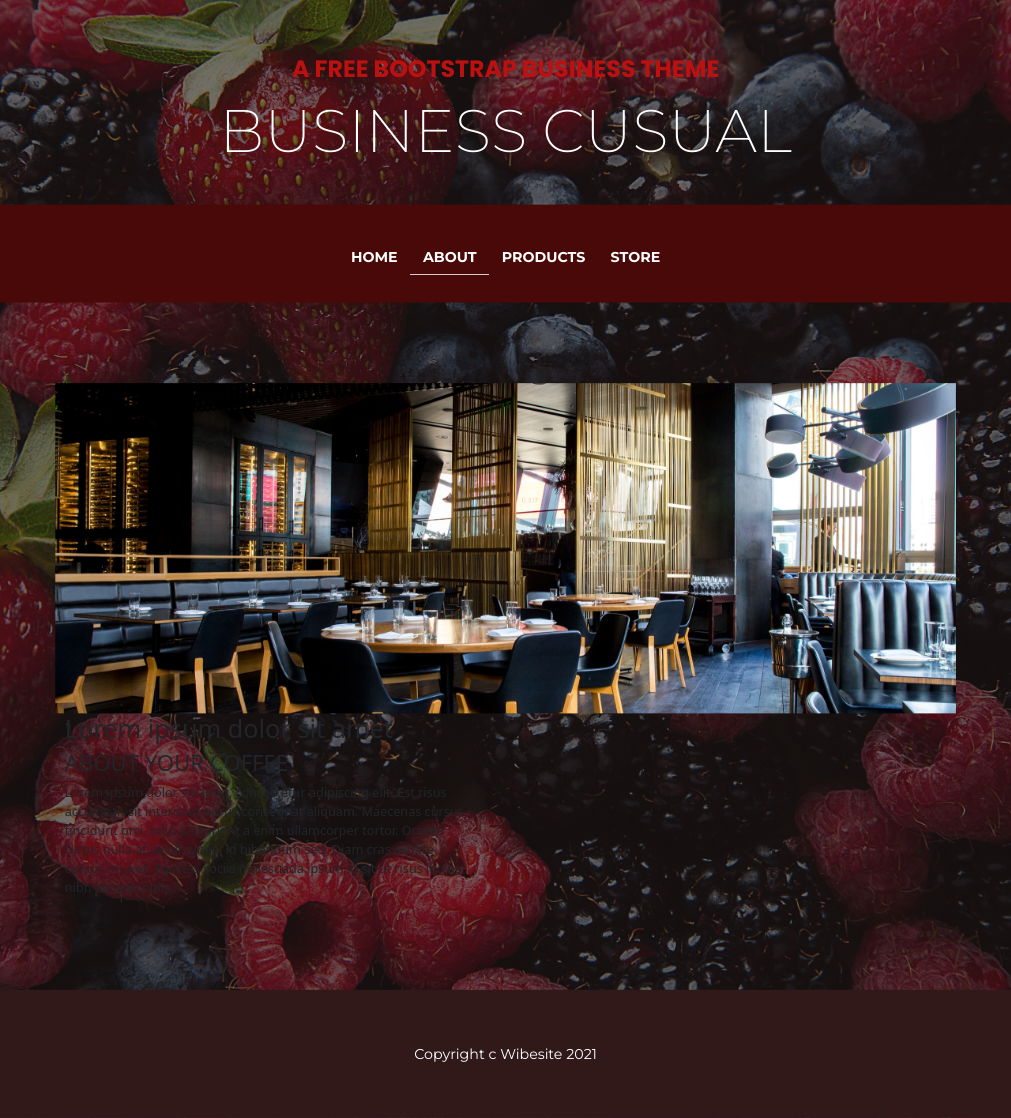
Repository: wadelfadill/tache_7_Business_bootstrap_theme
Page: about.html
The author's editor kept a copy of each file at every save. The page is drawn from the files as they stood at one save, then again after the next save.
The browser window is 1280 px wide. The pictures show the whole page, at 79% of full size.

Above is the page before, as saved 2023-04-28 09:39:11.

### about.html
<!DOCTYPE html>
<html lang="en">
<head>
    <meta charset="UTF-8">
    <meta http-equiv="X-UA-Compatible" content="IE=edge">
    <meta name="viewport" content="width=device-width, initial-scale=1.0">
    <!------ title of website ------>
    <title>Business website</title>
    <!------ Bootstrap cdn link ------>
    <link href="https://cdn.jsdelivr.net/npm/bootstrap@5.1.3/dist/css/bootstrap.min.css" rel="stylesheet" integrity="sha384-1BmE4kWBq78iYhFldvKuhfTAU6auU8tT94WrHftjDbrCEXSU1oBoqyl2QvZ6jIW3" crossorigin="anonymous">
    <!------- css link -------------->
    <link rel="stylesheet" href="css/style.css">
    <link rel="stylesheet" href="css/about_style.css">
    <!---------Google Fonts links ---------->
    <link rel="preconnect" href="https://fonts.googleapis.com">
    <link rel="preconnect" href="https://fonts.gstatic.com" crossorigin>
    <link href="https://fonts.googleapis.com/css2?family=Montserrat:wght@100;200;400;700&family=Poppins:wght@700&display=swap" rel="stylesheet">

</head>
<body>
    <!-- ========== Start Header Section ========== -->
    <header id="header">
        <h2 class="first_title text-center">A FREE BOOTSTRAP BUSINESS THEME</h2>
        <h1 class="second_title text-center">BUSINESS CUSUAL</h1>
        <!-- ========== Start navbar  Section ========== -->
        <nav class="my-auto mt-5">
            <div class="container my-auto">
                <ul class="nav justify-content-center">
                    <li class="nav-item">
                      <a class="nav-link" aria-current="page" href="index.html">HOME</a>
                    </li>
                    <li class="nav-item">
                      <a class="nav-link active" href="about.html">ABOUT</a>
                    </li>
                    <li class="nav-item">
                      <a class="nav-link" href="product.html">PRODUCTS</a>
                    </li>
                    <li class="nav-item">
                      <a class="nav-link" href="store.html">STORE</a>
                    </li>
                </ul>
            </div>
        </nav>
        <!-- ========== End navbar  Section ========== -->
    </header>
    <!-- ========== End Header Section ========== -->
    <!-- ========== Start Main Section ========== -->
    <main>
      <section id="section">
        <div class="container">
          <div class="row d-flex flex-column">
            <div class="col-12 photo">

            </div>
            <div class="col-12 box">
              <h2 class="text-start">Lorem ipsum dolor sit amet</h2>
              <h3 class="text-start">ABOUT YOUR COFFEE</h3>
              <p>
                Lorem ipsum dolor sit amet, consectetur adipiscing elit.
                Est risus <br> accumsan sit interdum purus consequat aliquam.
                Maecenas cursus<br> tincidunt orci, odio parturient a enim ullamcorper tortor.
                Ornare <br>turpis nulla at iaculis vitae, id bibendum sed. Diam cras ornare<br>  cursus mi a et.
                Egestas sociis malesuada ipsum id sit ut risus lectus <br> nibh aenean nulla.
              </p>
            </div>
          </div>
        </div>
      </section>
    </main>
    <!-- ========== End Main Section ========== -->
    <footer id="footer">
        <p class="text-center">Copyright c Wibesite 2021</p>
    </footer>



    <!------ Bootstrap script -------->
    <script src="https://cdn.jsdelivr.net/npm/bootstrap@5.1.3/dist/js/bootstrap.bundle.min.js" integrity="sha384-ka7Sk0Gln4gmtz2MlQnikT1wXgYsOg+OMhuP+IlRH9sENBO0LRn5q+8nbTov4+1p" crossorigin="anonymous"></script>
</body>
</html>

### css/style.css
/* ===== General ====== */

:root{
    --red-color: #BD1111;
    --bg-red:#490909;
    --white-color: #FFFFFF;
    --black-color: #000000;
    --bg-beize:#F6E1C5;
    --bg-red-black: #311919;
    --bg-red-opac:rgba(165, 52, 43, 0.69);
    --red-border: #CD5449;
}
*{
    margin: 0;
    padding: 0;
}
body{
    padding: 0;
    margin: 0;
    background-image: linear-gradient(rgba(34, 24, 24, 0.6), rgba(34, 24, 24, 0.6)), url("../images/1.jpeg");
    background-position: center;
    background-size: cover;
    background-repeat: no-repeat;
}
/* ===== squelette ====== */
/* ===== header section ====== */
/* ===== header titles ======= */
#header .first_title{
    font-family: 'Poppins';
    font-style: normal;
    font-weight: 700;
    font-size: 30px;
    line-height: 45px;
    color: var(--red-color);
    margin-top: 65px;
}
#header .second_title{
    font-family: 'Montserrat';
    font-style: normal;
    font-weight: 200;
    font-size: 76px;
    line-height: 93px;
    color: var(--white-color);
}
/* ====== header navbar ======*/
#header nav{
    background: var(--bg-red);
    height: 124px;
}
#header nav ul li{
    margin-top: 48px;
}
#header nav a{
    font-family: 'Montserrat';
    font-style: normal;
    font-weight: 700;
    font-size: 18px;
    line-height: 22px;
    color: var(--white-color);
}
#header nav a.active{
    padding-bottom: 10px;
    border-bottom: 1px solid white;
}
/* ==== Main section ==========*/
/* main{
    height: 1000px;
} */
/* ====== footer section ====== */
#footer{
    height: 162px;
    background: var(--bg-red-black);
    padding-top: 70px;
}
#footer p{
    font-family: 'Montserrat';
    font-style: normal;
    font-weight: 400;
    font-size: 18px;
    line-height: 22px;
    color: var(--white-color);
}


/* ===== responsive css ======*/
@media screen and (max-width:550px) {
    #header .second_title{
        font-size: 30px;
    }
    #header nav{
        height: max-content;
        padding-bottom: 40px;
    }
}

### css/about_style.css
/* ===== General ====== */

:root{
    --red-color: #BD1111;
    --bg-red:#490909;
    --white-color: #FFFFFF;
    --black-color: #000000;
    --bg-beize:#F6E1C5;
    --bg-red-black: #311919;
    --bg-red-opac:rgba(165, 52, 43, 0.69);
    --red-border: #CD5449;
}

/* ===== section =======*/
#section{
    margin-top: 102px;
    margin-bottom: 102px;
}
#section .photo{
    align-self: center;
    max-width: 1168px;
    height: 418px;
    background: url("../images/img-tous.png");
}
#section .box{

}

After the next save:
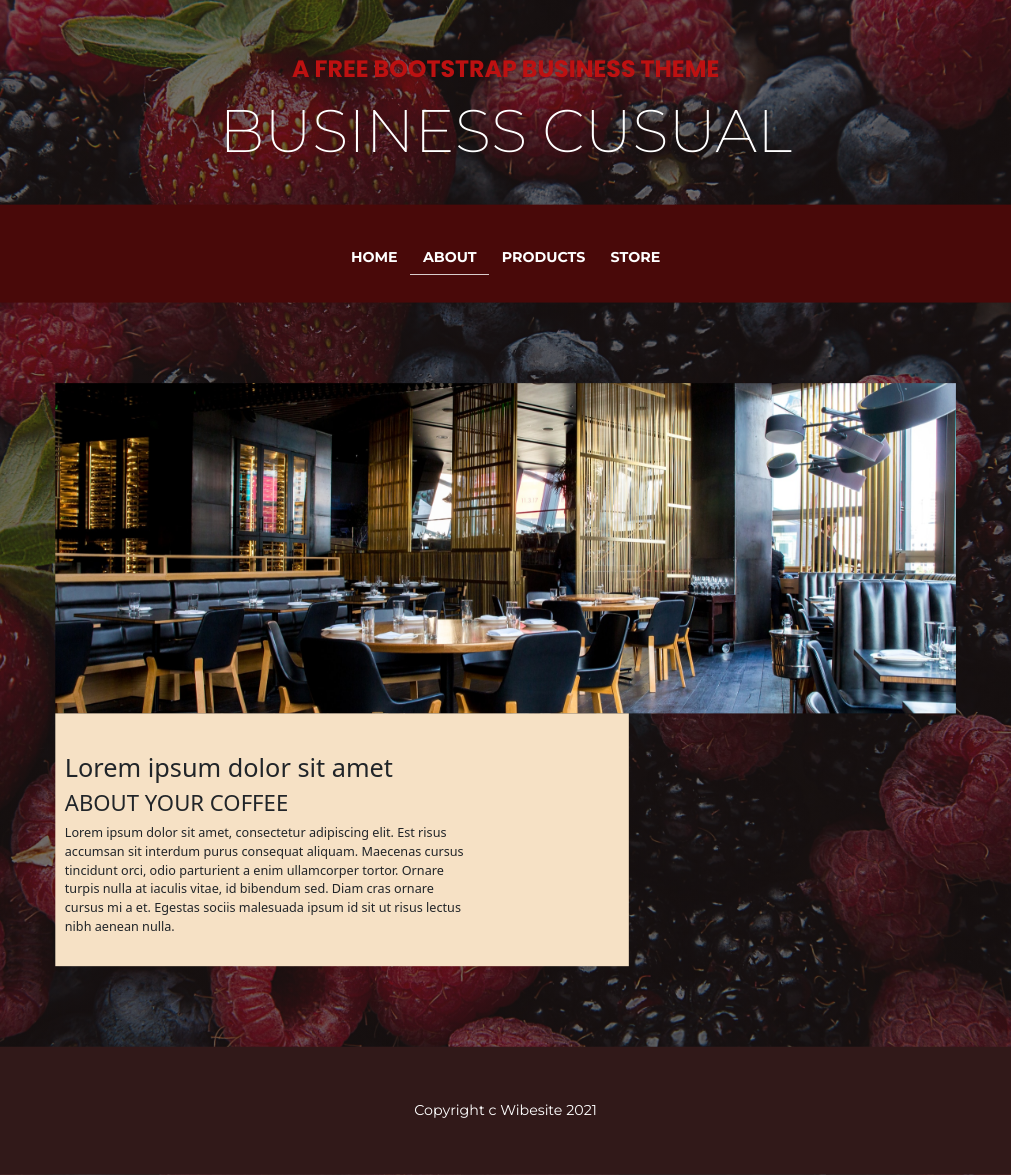
Saved 116 s later.
--- a/css/about_style.css
+++ b/css/about_style.css
@@ -23,5 +23,9 @@
     background: url("../images/img-tous.png");
 }
 #section .box{
-
+    width: 726px;
+    height: 320px;
+    background: var(--bg-beize);
+    padding-top: 50px;
+    padding-bottom: 50px;
 }
